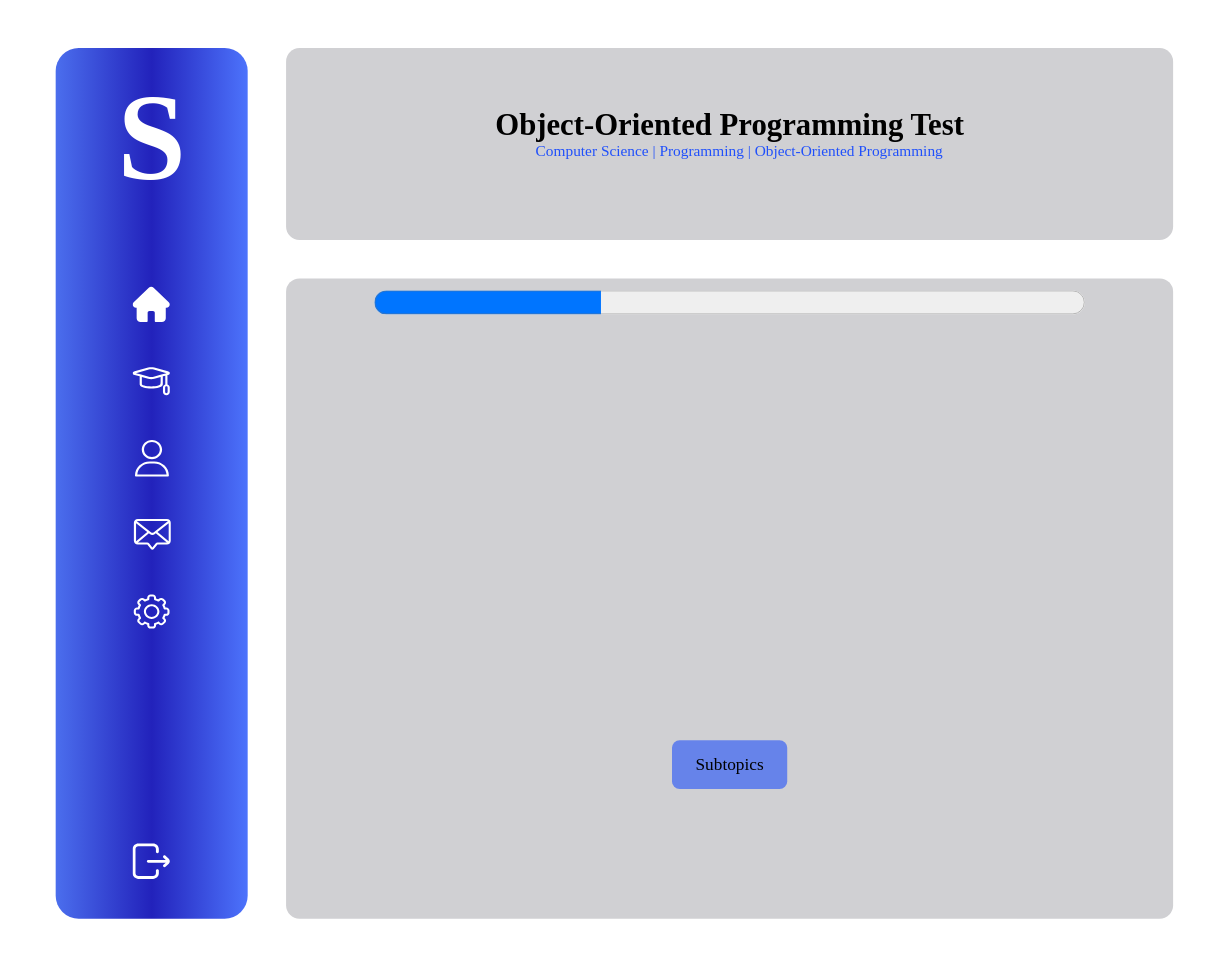
Repository: rafalzacher1/smartify-interface
Page: test.html
An editor plug-in stored every save of this project. The page is shown before and after the next save, followed by the edit.
The browser window is 1280 px wide. The pictures show the whole page, at 96% of full size.
Some web fonts or font styles are not loaded; a fallback is used.

Above is the page before, as saved 2022-06-30 19:22:56.

After the next save:
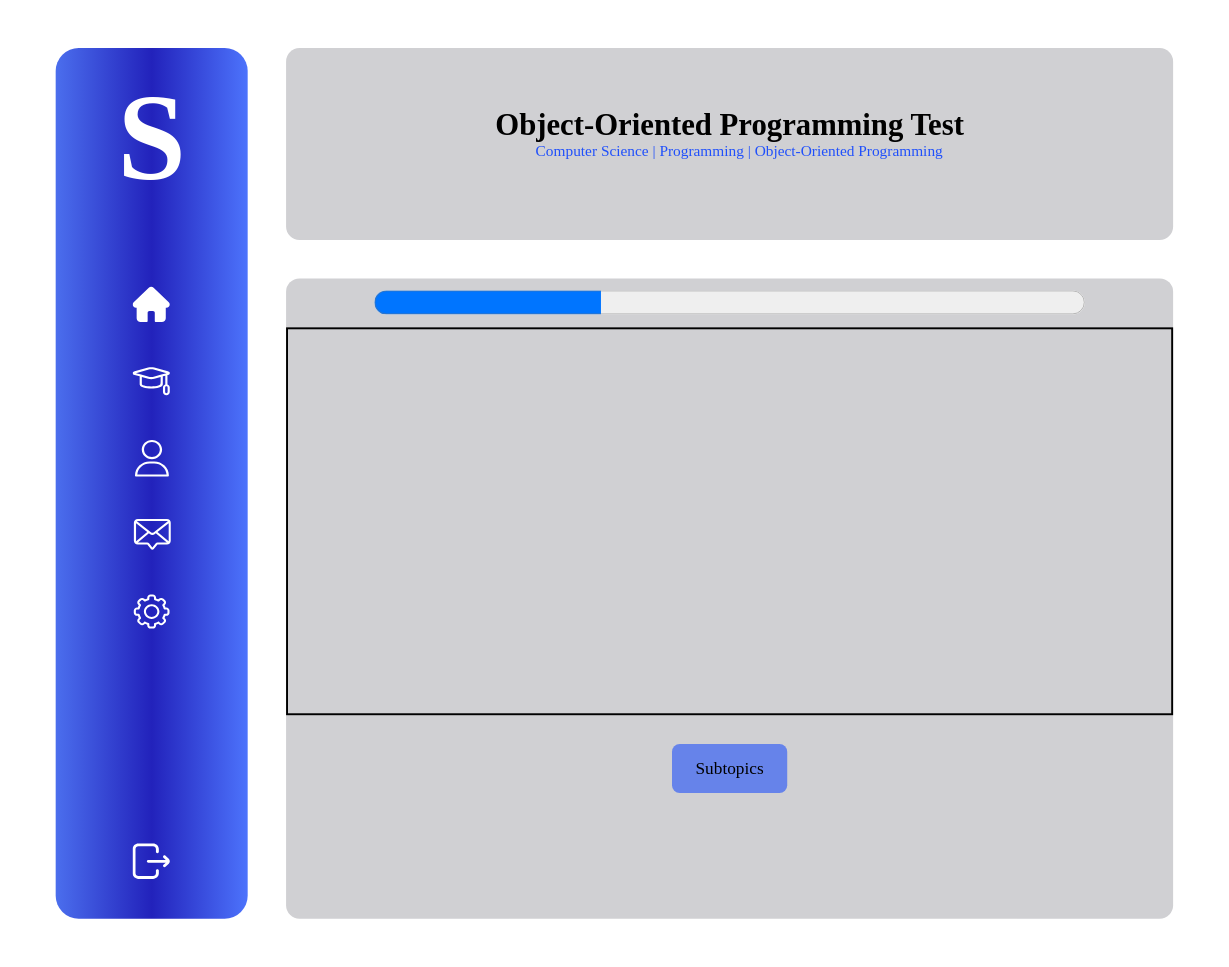
Saved 12 s later.
--- a/styles/question.css
+++ b/styles/question.css
@@ -28,7 +28,7 @@ input[type="reset"] {
 
 #question {
     height: 400px;
-    border: 2px solid #00000;
+    border: 2px solid #000000;
 }
 
 #progress-container {
